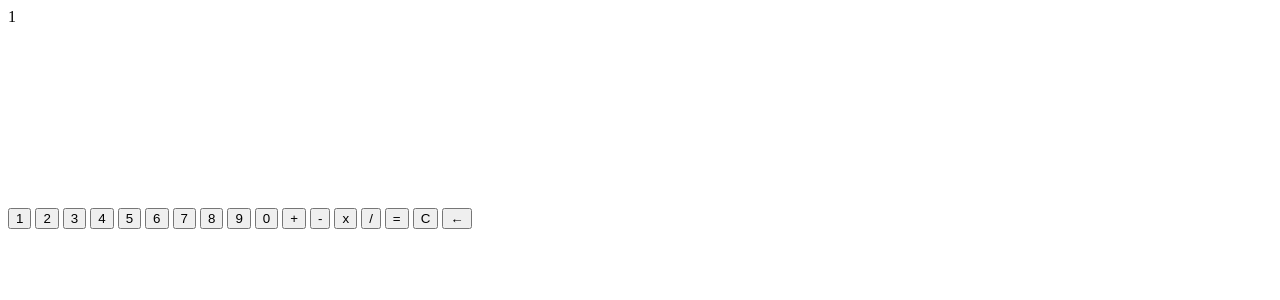
Repository: TEazy2433/LAB-calculator
Page: index.html
The author's editor kept a copy of each file at every save. The page is drawn from the files as they stood at one save, then again after the next save.
The browser window is 1280 px wide. The pictures show the whole page.

Above is the page before, as saved 2023-10-13 17:38:39.

### index.html
<!DOCTYPE html>
<html lang="en">
<head>
  <meta charset="UTF-8">
  <meta name="viewport" content="width=device-width, initial-scale=1.0">
  <title>calculator</title>
  <link rel="stylesheet" href="main.css">
</head>
<body>

  <div class="calculator">
    <div class="display">1</div>
    <div class="buttons">
      <button class="key">1</button>
      <button class="key">2</button>
      <button class="key">3</button>
      <button class="key">4</button>
      <button class="key">5</button>
      <button class="key">6</button>
      <button class="key">7</button>
      <button class="key">8</button>
      <button class="key">9</button>
      <button class="zero">0</button>
      <button class="operator">+</button>
      <button class="operator">-</button>
      <button class="operator">x</button>
      <button class="operator">/</button>
      <button class="operator">=</button>
      <button class="clear">C</button>
      <button class="Arrow">&#8592;</button>



    </div>
  </div>


</body>
</html>

### main.css
.display{
  width: 250px;
  height: 200px;
}

After the next save:
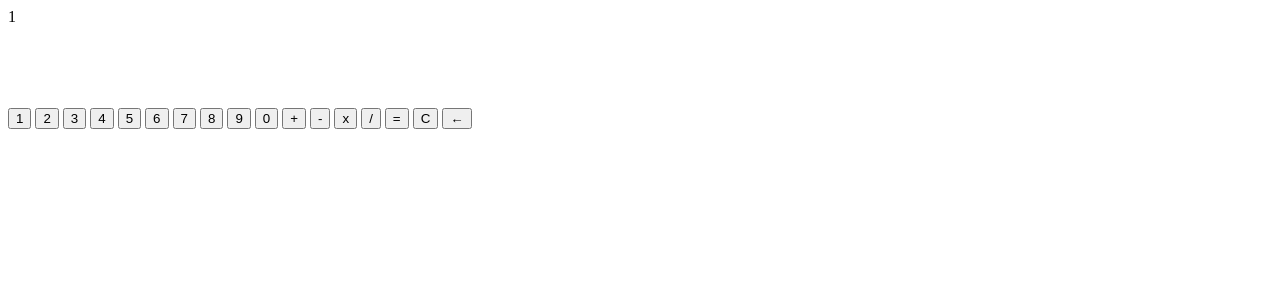
Saved 19 s later.
--- a/main.css
+++ b/main.css
@@ -1,4 +1,4 @@
 .display{
-  width: 250px;
-  height: 200px;
+  width: 150px;
+  height: 100px;
 }
